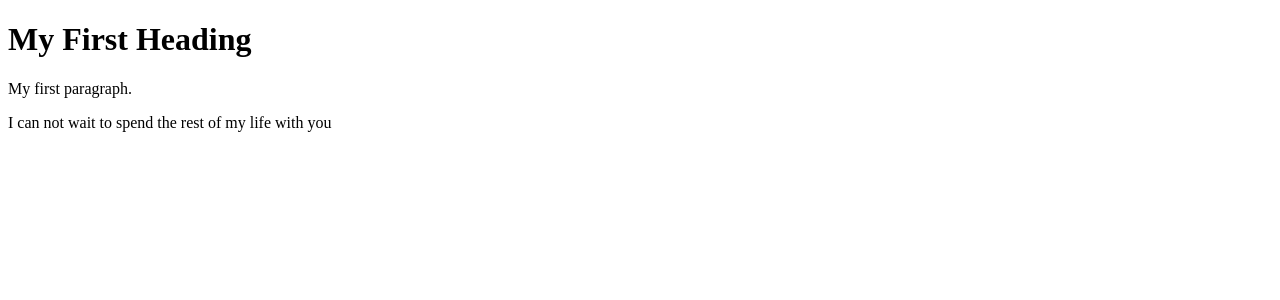
Repository: jwlexi/Jocelyne
Page: index.html
The author's editor kept a record of every edit. The page is drawn from the files as they stood at one moment, then again after the next edit.
The browser window is 1280 px wide. The pictures show the whole page.

Above is the page before.

### index.html
<!DOCTYPE html>
<html>
<head>
<title>Jocelyne Grado</title>
</head>
<body>

<h1>My First Heading</h1>
<p>My first paragraph.</p>
<p> I can not wait to spend the rest of my life with you</p>

</body>
</html>

After the next edit:
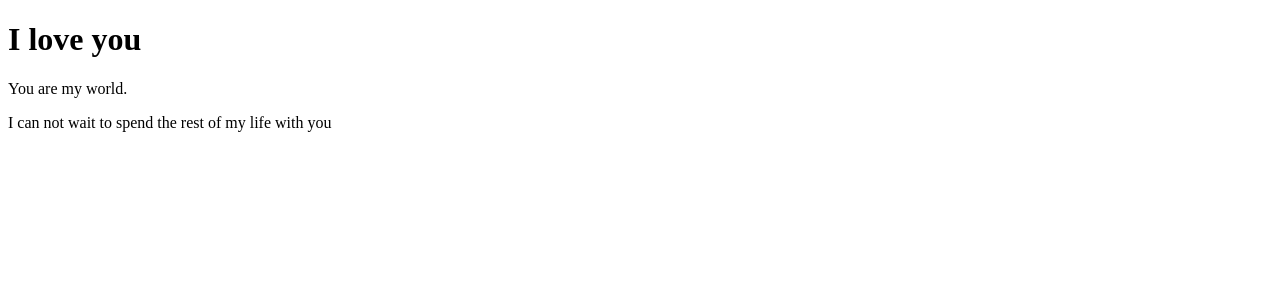
The edit:
--- a/index.html
+++ b/index.html
@@ -5,8 +5,8 @@
 </head>
 <body>
 
-<h1>My First Heading</h1>
-<p>My first paragraph.</p>
+<h1>I love you</h1>
+<p>You are my world.</p>
 <p> I can not wait to spend the rest of my life with you</p>
 
 </body>
